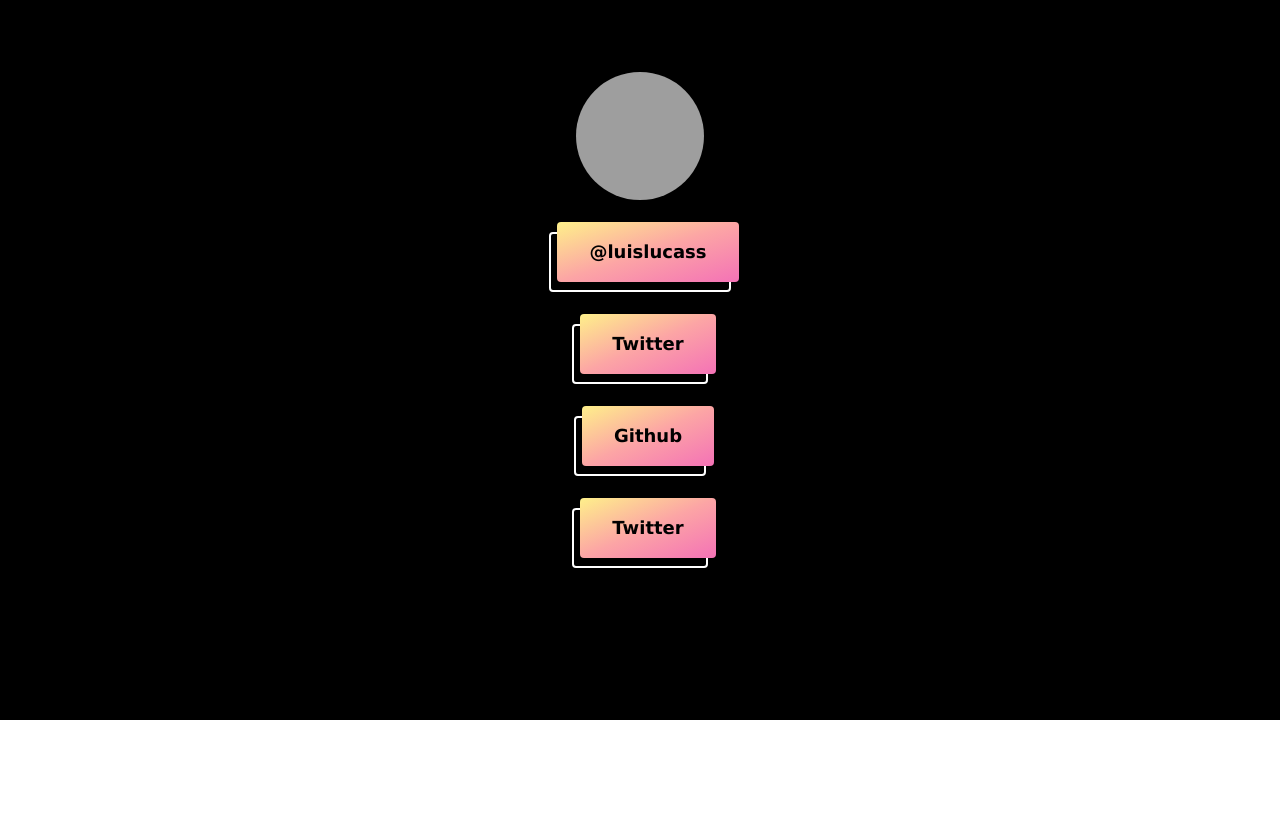
Repository: LuisSempre/link-to
Page: index.html
These files come from the project's save history. The page is drawn as it stood at one moment and after the next save; the edit follows.
The browser window is 1280 px wide. The pictures show the whole page.
Pictures or frames that could not be fetched are drawn as grey boxes. Some web libraries are served in a nearby version.

Above is the page before, as saved 2022-07-05 22:13:37.

### index.html
<!DOCTYPE html>
<html lang="en">
    <head>
        <meta charset="UTF-8">
        <meta http-equiv="X-UA-Compatible" content="IE=edge">
        <meta name="viewport" content="width=device-width, initial-scale=1.0">
        <link rel="preconnect" href="https://fonts.googleapis.com">
        <link rel="preconnect" href="https://fonts.gstatic.com" crossorigin>
        <link
            href="https://fonts.googleapis.com/css2?family=Roboto:ital,wght@0,100;0,300;0,400;0,500;0,700;0,900;1,100;1,300;1,400;1,500;1,700;1,900&display=swap"
            rel="stylesheet">
        <script src="https://cdn.tailwindcss.com"></script>
        <title>Document</title>
    </head>
    <body style="font-family:Verdana, Geneva, Tahoma, sans-serif">
        <div class="h-screen w-full bg-black flex items-center justify-center">
            <section class="relative">
                <div class="relative z-40 mx-auto h-full max-w-7xl px-10">
                    <div class="-mt-20 flex h-full w-full flex-col items-center
                        justify-center space-y-8 py-32 sm:py-48 md:py-64">
                        <img
                            class="w-32 h-32 rounded-full"
                            src="https://media-exp1.licdn.com/dms/image/C4E03AQFxPhk96MlXfQ/profile-displayphoto-shrink_800_800/0/1657066015387?e=1662595200&v=beta&t=8l3NPv3_wh4v4q8p_mHKIiNLJlaeUFYIeHHBMLw4AEI"
                            alt="">
                        <a href="#_" class="group relative w-full sm:w-auto">
                            <span class="absolute top-0 left-0 h-full w-full
                                rounded
                                border-2 border-white text-transparent">Twitter</span>
                            <span class="relative inline-block w-full
                                -translate-y-2.5 translate-x-2 transform rounded
                                bg-gradient-to-br from-yellow-200 via-red-300
                                to-pink-400 px-8 py-4 text-center text-lg
                                font-semibold transition-all duration-150
                                ease-linear group-hover:-translate-y-1.5
                                group-hover:translate-x-1.5 sm:w-auto
                                hover:text-white">@luislucass</span>
                        </a>
                        <a href="#_" class="group relative w-full sm:w-auto">
                            <span class="absolute top-0 left-0 h-full w-full
                                rounded
                                border-2 border-white text-transparent">Twitter</span>
                            <span class="relative inline-block w-full
                                -translate-y-2.5 translate-x-2 transform rounded
                                bg-gradient-to-br from-yellow-200 via-red-300
                                to-pink-400 px-8 py-4 text-center text-lg
                                font-semibold transition-all duration-150
                                ease-linear group-hover:-translate-y-1.5
                                group-hover:translate-x-1.5 sm:w-auto
                                hover:text-white">Twitter</span>
                        </a>
                        <a href="#_" class="group relative w-full sm:w-auto">
                            <span class="absolute top-0 left-0 h-full w-full
                                rounded
                                border-2 border-white text-transparent">Github</span>
                            <span class="relative inline-block w-full
                                -translate-y-2.5 translate-x-2 transform rounded
                                bg-gradient-to-br from-yellow-200 via-red-300
                                to-pink-400 px-8 py-4 text-center text-lg
                                font-semibold transition-all duration-150
                                ease-linear group-hover:-translate-y-1.5
                                group-hover:translate-x-1.5 sm:w-auto
                                hover:text-white">Github</span>
                        </a>
                        <a href="#_" class="group relative w-full sm:w-auto">
                            <span class="absolute top-0 left-0 h-full w-full
                                rounded
                                border-2 border-white text-transparent">Twitter</span>
                            <span class="relative inline-block w-full
                                -translate-y-2.5 translate-x-2 transform rounded
                                bg-gradient-to-br from-yellow-200 via-red-300
                                to-pink-400 px-8 py-4 text-center text-lg
                                font-semibold transition-all duration-150
                                ease-linear group-hover:-translate-y-1.5
                                group-hover:translate-x-1.5 sm:w-auto
                                hover:text-white">Twitter</span>
                        </a>
                    </div>
                </div>
            </section>
        </div>
    </body>
</html>

After the next save:
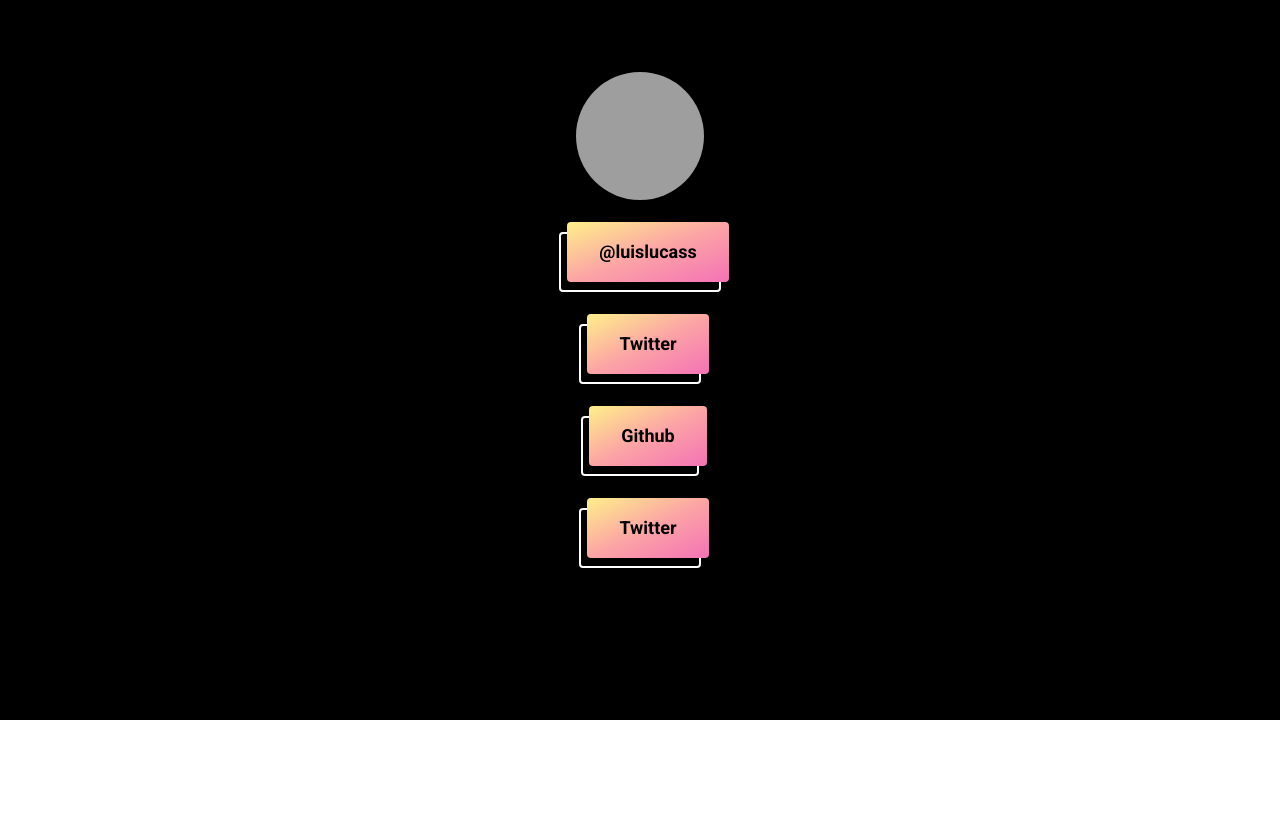
Saved 17 s later.
--- a/index.html
+++ b/index.html
@@ -12,7 +12,7 @@
         <script src="https://cdn.tailwindcss.com"></script>
         <title>Document</title>
     </head>
-    <body style="font-family:Verdana, Geneva, Tahoma, sans-serif">
+    <body style="font-family:Roboto">
         <div class="h-screen w-full bg-black flex items-center justify-center">
             <section class="relative">
                 <div class="relative z-40 mx-auto h-full max-w-7xl px-10">
